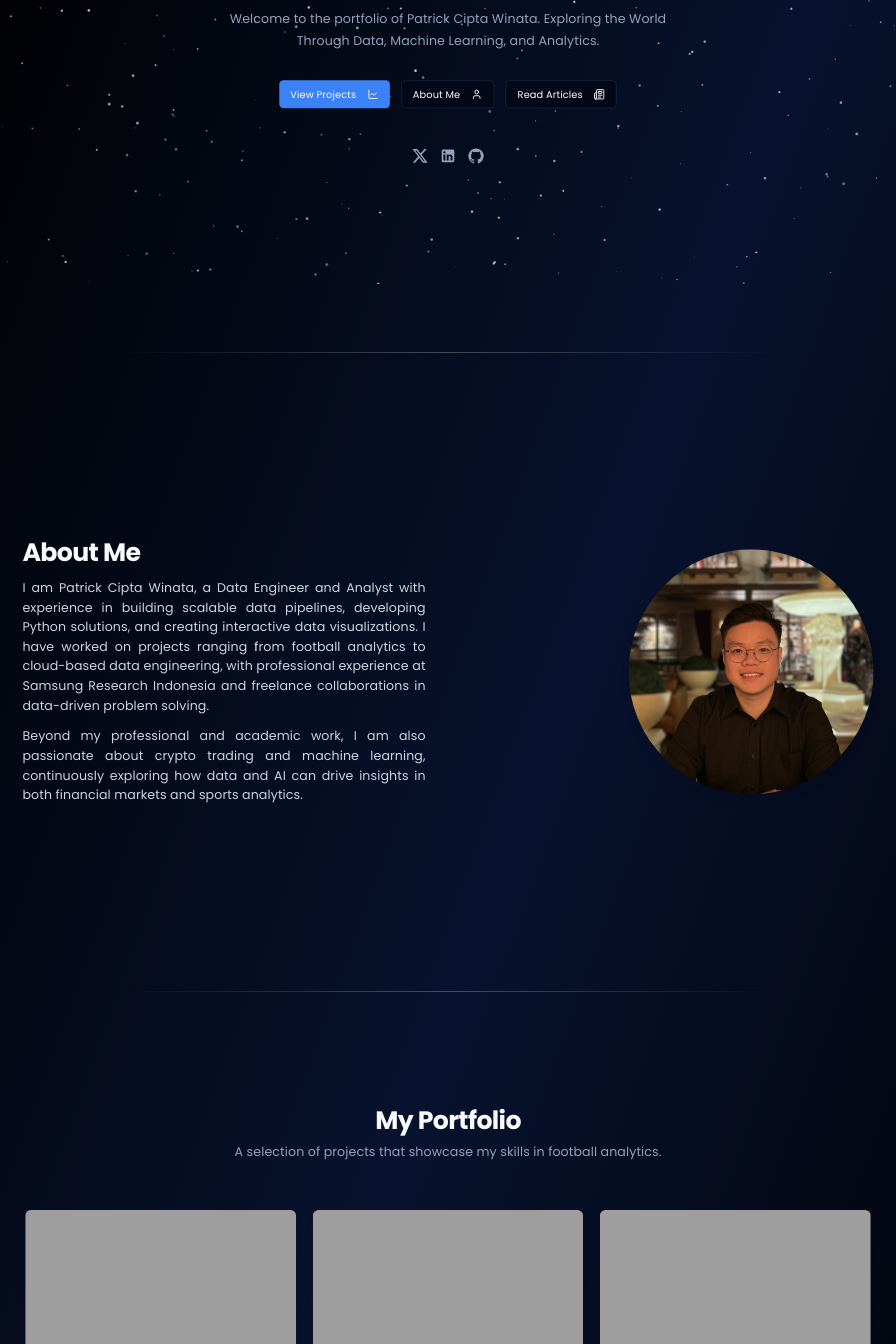
Repository: patrick-cw/my-portfolio
Page: /
An editor plug-in stored every save of this project. The page is shown before and after the next save, followed by the edit.
The browser window is 1280 px wide. The pictures show the part of the page from y = 314 to 2234 px (the page is 3545 px tall), at 70% of full size.
Pictures or frames that could not be fetched are drawn as grey boxes. The project was rebuilt for these pictures with package versions that can differ from the ones it lists, and the page was loaded fresh each time. The framework's server and built-in components were replaced by stand-ins that run in the browser. Also part of the build but not shown: next.config.ts.

Above is the page before, as saved 2025-08-31 01:47:18.

After the next save:
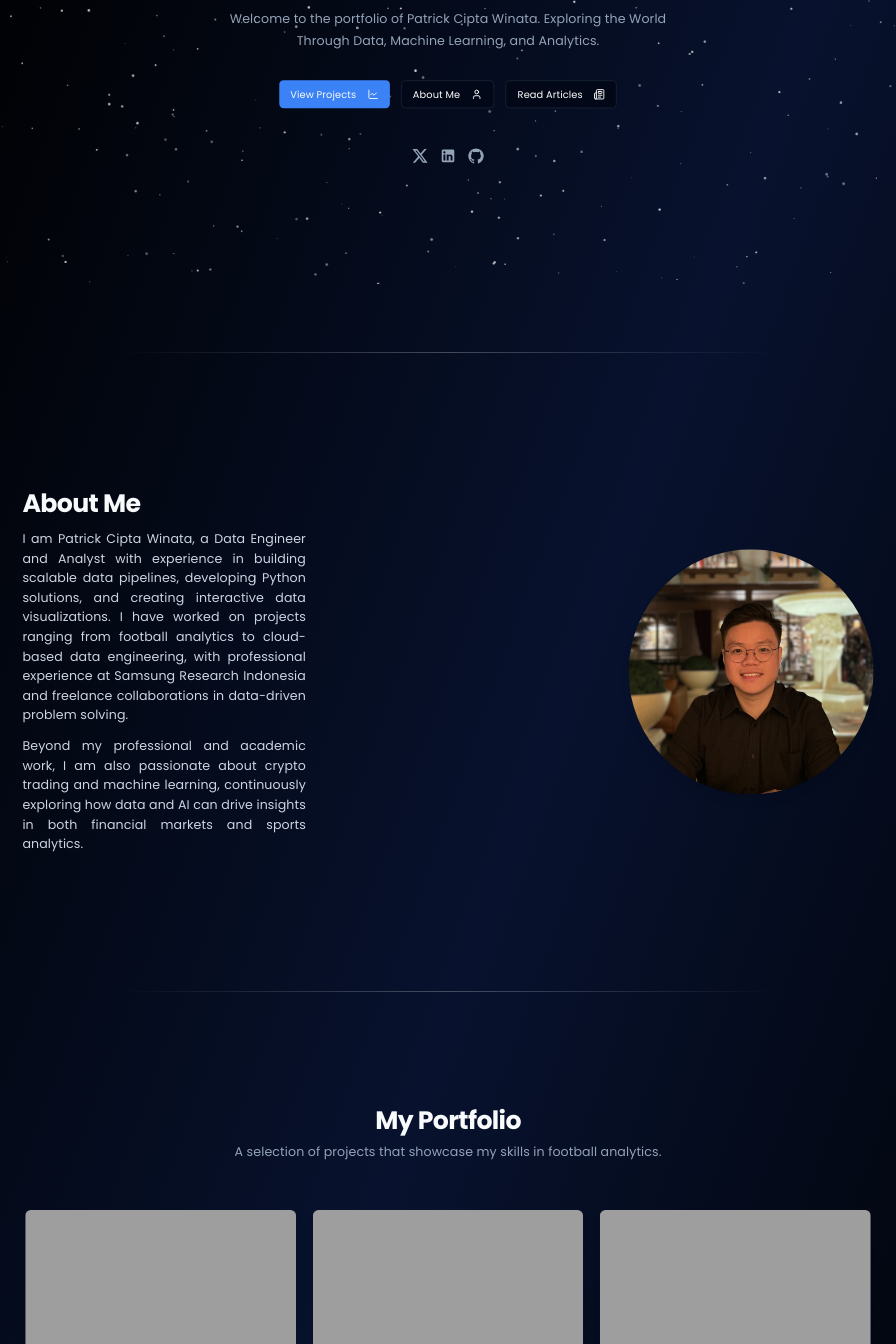
Saved 10 s later.
--- a/src/app/page.tsx
+++ b/src/app/page.tsx
@@ -21,7 +21,7 @@
     <section id="about" className="relative min-h-screen flex flex-col justify-center">
       <div className="container">
       <div className="grid grid-cols-1 items-center gap-y-16 lg:grid-cols-2 lg:gap-x-2">
-          <div className="lg:col-span-7">
+          <div>
             <div className="max-w-xl">
               <h2 className="text-3xl font-bold tracking-tight text-foreground sm:text-4xl font-headline">About Me</h2>
               <p style={{color: "hsl(215deg 26.4% 84.39%)"}} className="mt-4 text-lg text-muted-foreground text-justify">

After the save that followed:
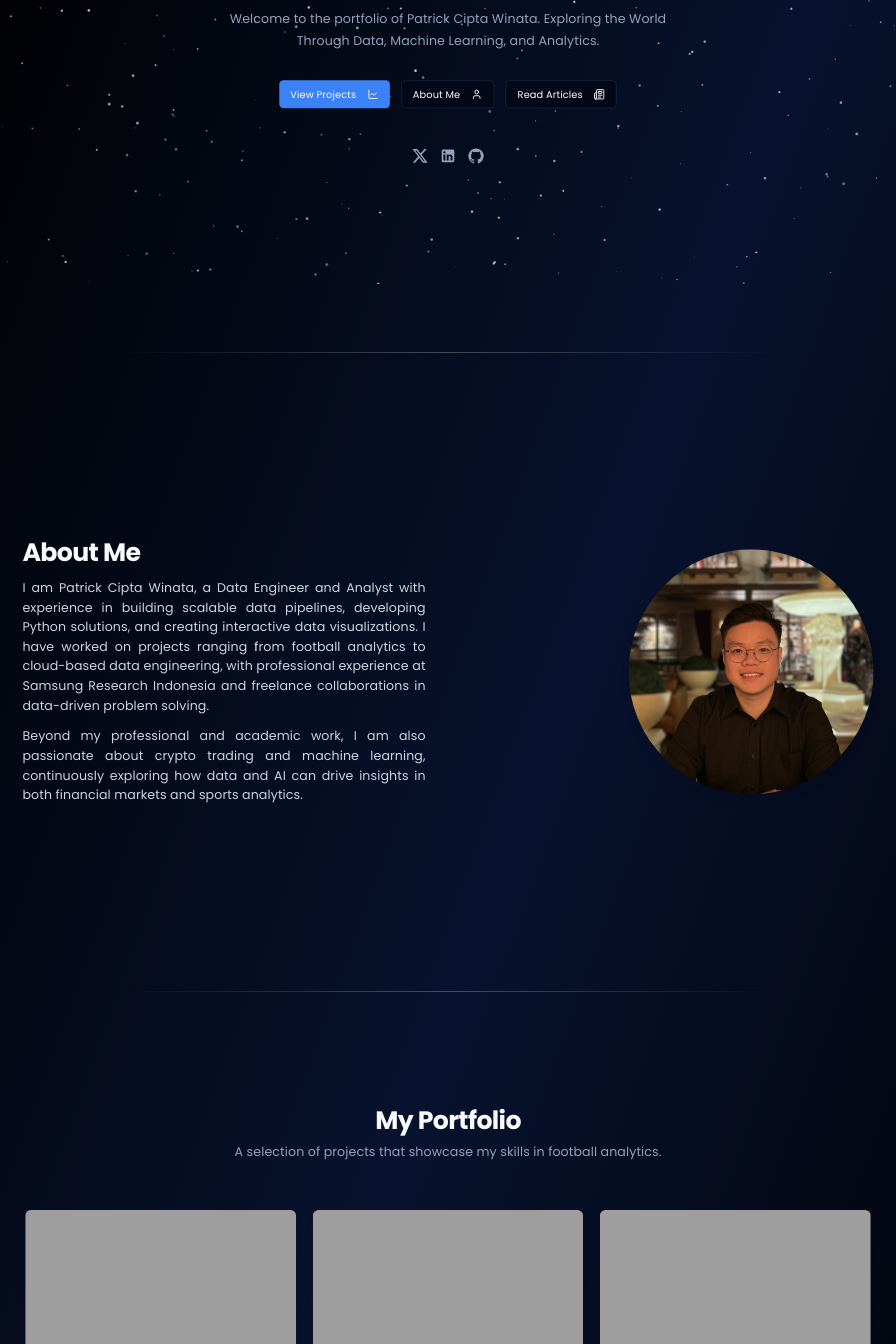
Saved 4 s later.
--- a/src/app/page.tsx
+++ b/src/app/page.tsx
@@ -21,7 +21,7 @@
     <section id="about" className="relative min-h-screen flex flex-col justify-center">
       <div className="container">
       <div className="grid grid-cols-1 items-center gap-y-16 lg:grid-cols-2 lg:gap-x-2">
-          <div>
+          <div className="lg:col-span-7">
             <div className="max-w-xl">
               <h2 className="text-3xl font-bold tracking-tight text-foreground sm:text-4xl font-headline">About Me</h2>
               <p style={{color: "hsl(215deg 26.4% 84.39%)"}} className="mt-4 text-lg text-muted-foreground text-justify">
